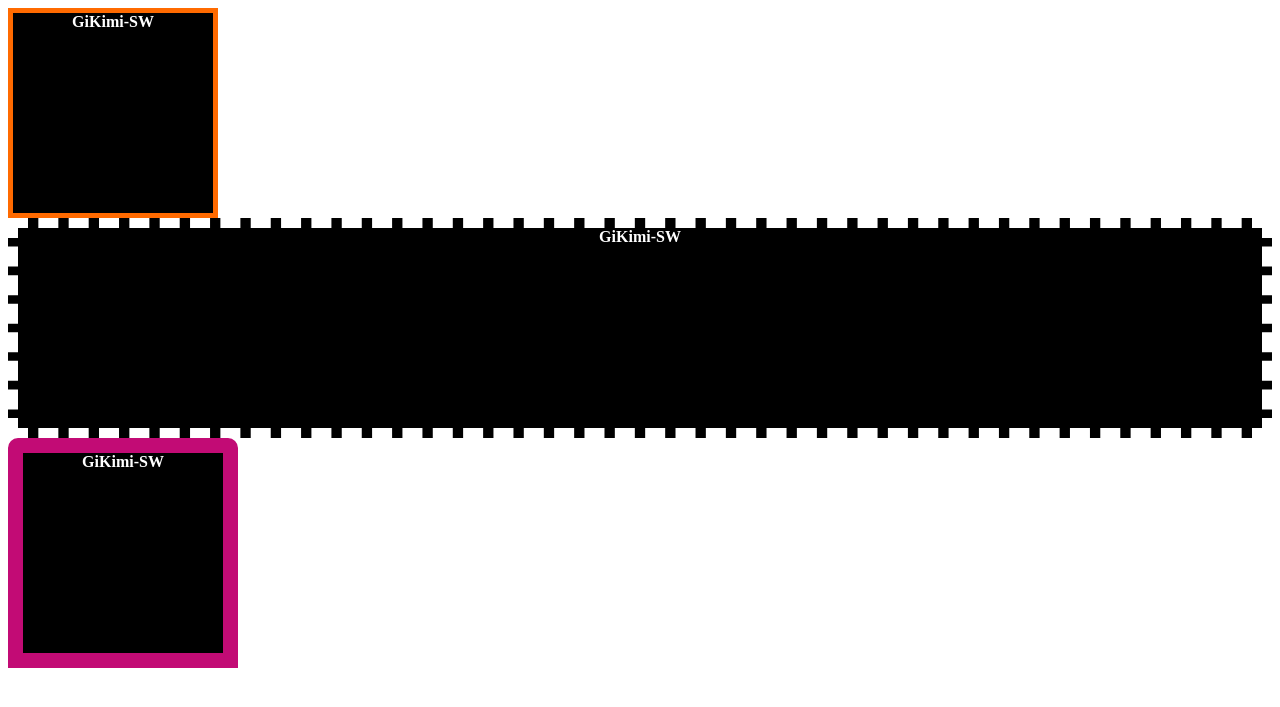
Repository: luna2222/web
Page: 01HTML5/WebContent/[10강]CSS3속성2/10_03_02border2.html
An editor plug-in stored every save of this project. The page is shown before and after the next save, followed by the edit.
The browser window is 1280 px wide. The pictures show the whole page.

Above is the page before, as saved 2019-02-20 05:00:23.

After the next save:
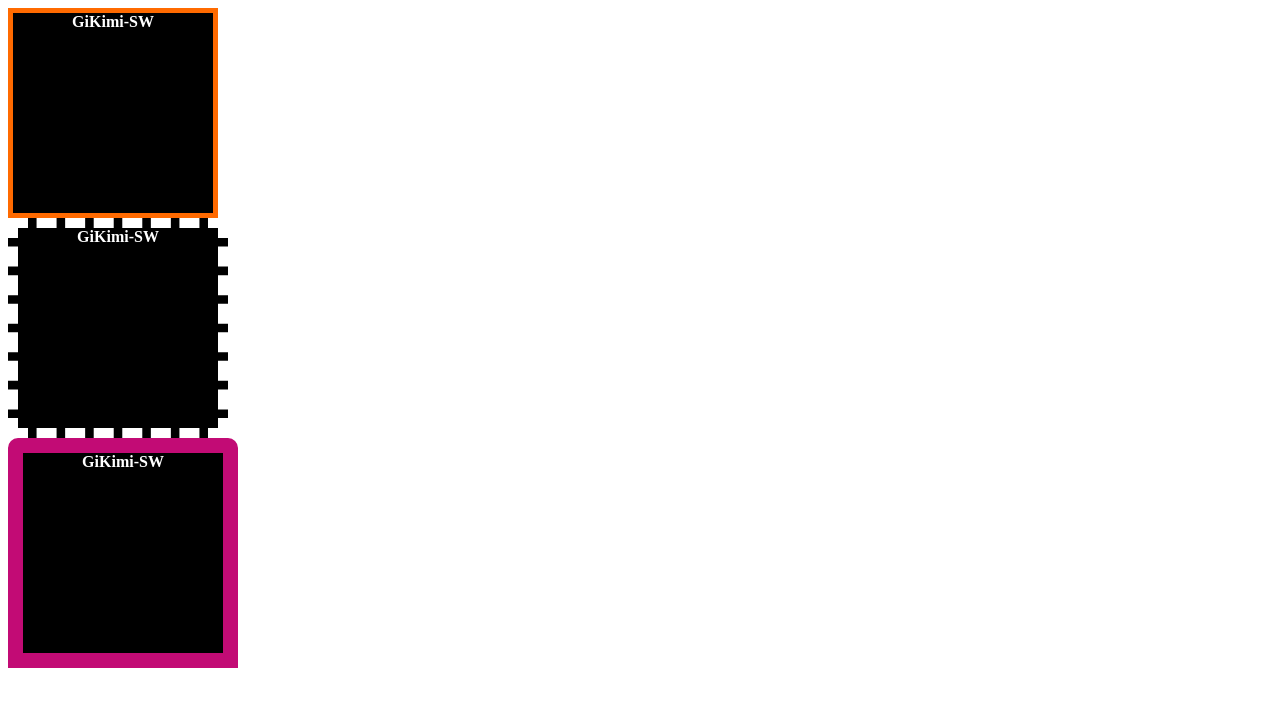
Saved 53 s later.
--- a/01HTML5/WebContent/[10강]CSS3속성2/10_03_02border2.html
+++ b/01HTML5/WebContent/[10강]CSS3속성2/10_03_02border2.html
@@ -16,7 +16,7 @@
 			 font-weight: bold;
 		}
 		div:nth-child(2) {
-			 width: 200ps;
+			 width: 200px;
 			 height: 200px;
 			 text-align: center;
 			 border-width: 10px;
